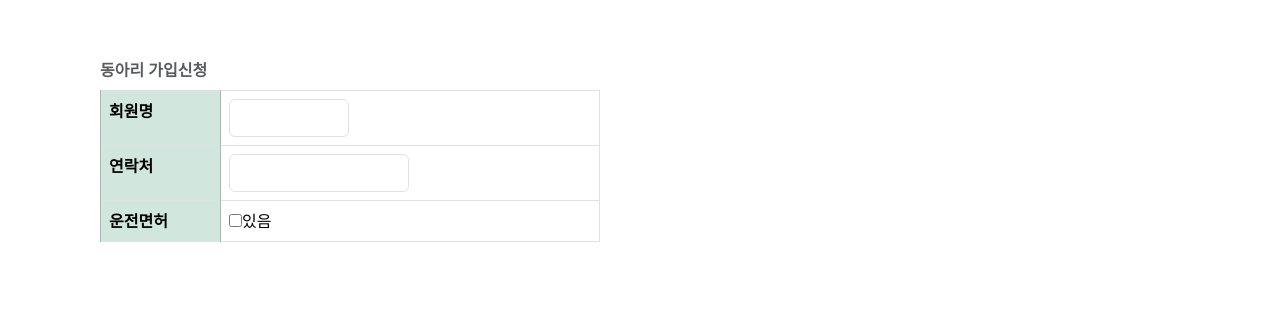
Repository: kim-gemma/JspStudy_hnkim
Page: http://localhost/JspCrudProject/member/addform.jsp
An editor plug-in stored every save of this project. The page is shown before and after the next save, followed by the edit.
The browser window is 1280 px wide. The pictures show the whole page.
Some web fonts or font styles are not loaded; a fallback is used. The page is served by Tomcat 9.

Above is the page before, as saved 2025-12-11 05:33:50.

After the next save:
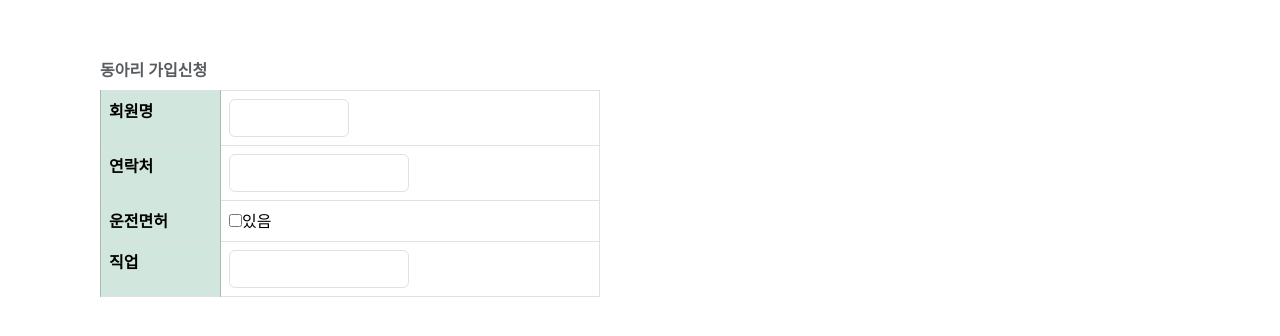
Saved 111 s later.
--- a/JspCrudProject/src/main/webapp/member/addform.jsp
+++ b/JspCrudProject/src/main/webapp/member/addform.jsp
@@ -34,6 +34,13 @@
 						<input type="checkbox" name="driver">있음
 					</td>
 				</tr>
+				<tr>
+					<th width="120" class="table-success">직업</th>
+					<td>
+						<input type="text" name="job" class="form-control"
+						required="required" style="width: 180px;">
+					</td>
+				</tr>
 			</table>
 		</form>
 	</div>
